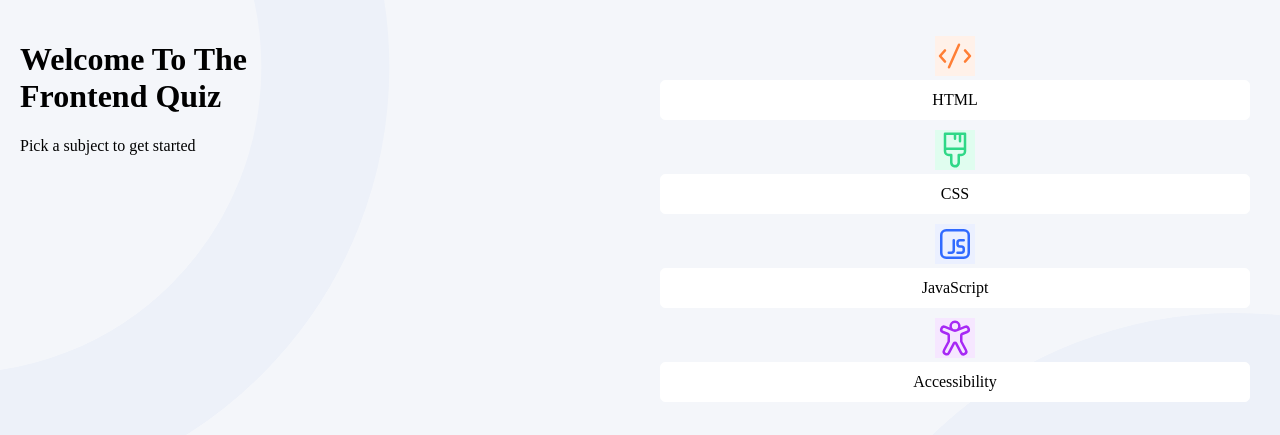
Repository: Daniel054311/Quiz-app-V1
Page: index.html
The author's editor kept a copy of each file at every save. The page is drawn from the files as they stood at one save, then again after the next save.
The browser window is 1280 px wide. The pictures show the whole page.

Above is the page before, as saved 2024-01-28 15:14:49.

After the next save:
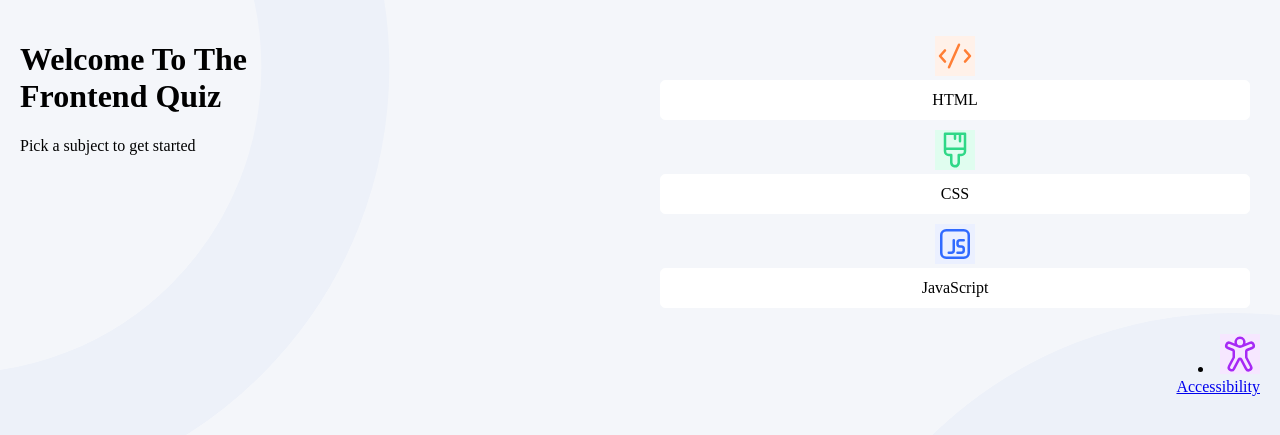
Saved 4 s later.
--- a/index.html
+++ b/index.html
@@ -26,7 +26,7 @@
                 </li>
                   <li>
                     <img class= "image" src="./asset/images/icon-js.svg" alt="" style="background-color: #EBF0FF">
-                <div><a href="#javascript">JavaScript</a></div>
+                <divc><a href="#javascript">JavaScript</a></div>
                 </li>
                   <li>
                     <img src="./asset/images/icon-accessibility.svg" alt="" style= "background-color: #F6E7FF">

After the 2 saves that followed:
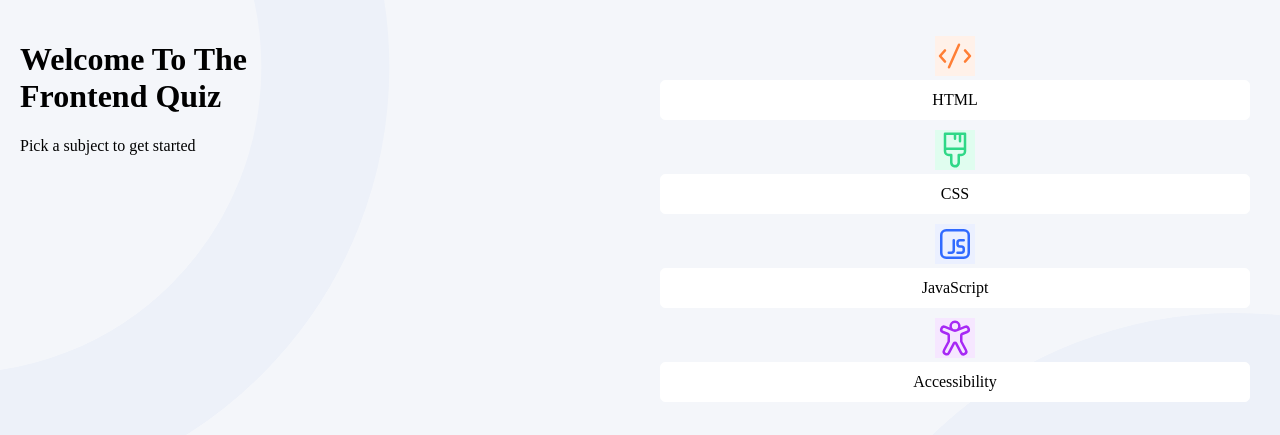
The 2 saves are shown as one change because they came seconds apart.
The last was saved 5 s later.
--- a/index.html
+++ b/index.html
@@ -26,7 +26,7 @@
                 </li>
                   <li>
                     <img class= "image" src="./asset/images/icon-js.svg" alt="" style="background-color: #EBF0FF">
-                <divc><a href="#javascript">JavaScript</a></div>
+                <div class=""><a href="#javascript">JavaScript</a></div>
                 </li>
                   <li>
                     <img src="./asset/images/icon-accessibility.svg" alt="" style= "background-color: #F6E7FF">
